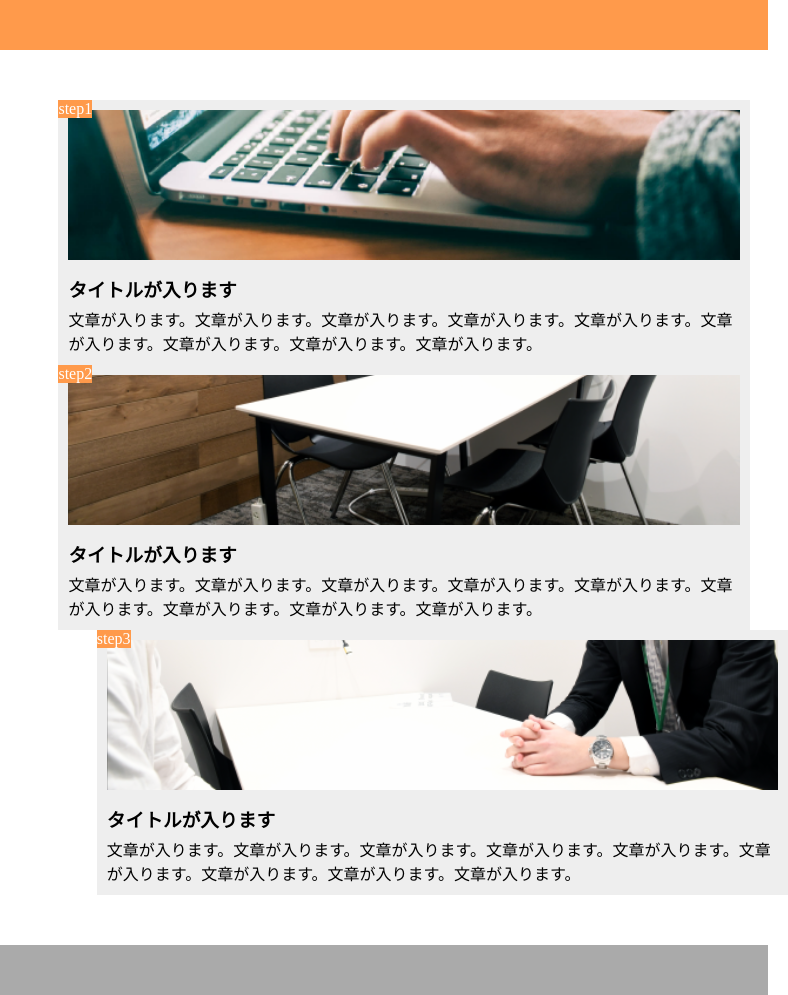
Repository: 0820miyu/kadai1
Page: kadai1.html
The author's editor kept a record of every edit. The page is drawn from the files as they stood at one moment, then again after the next edit.
The browser window is 768 px wide. The page is 788 px wide, so the pictures cover 788 px, including what lies to the right of the window. The pictures show the whole page.

Above is the page before.

After the next edit:
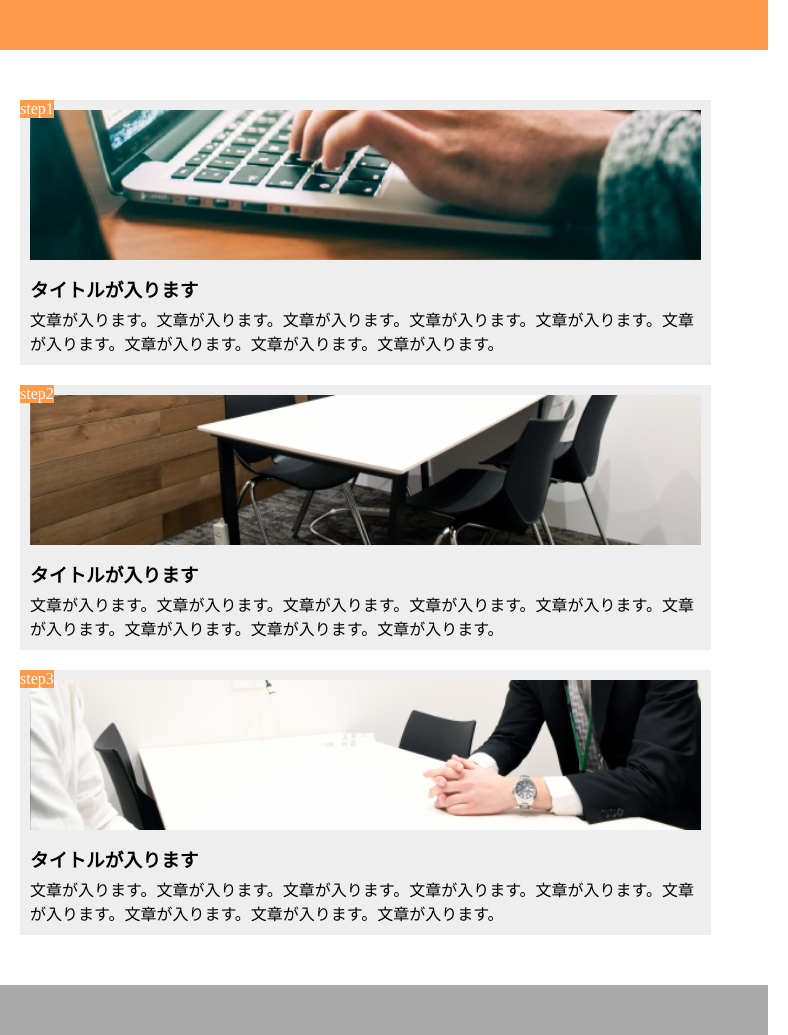
The edit:
--- a/kadai1.css
+++ b/kadai1.css
@@ -78,7 +78,7 @@
   .step-box{
   margin-bottom:20px;
   width:90%;
-  margin: auto;
+
 }
 
   footer{
